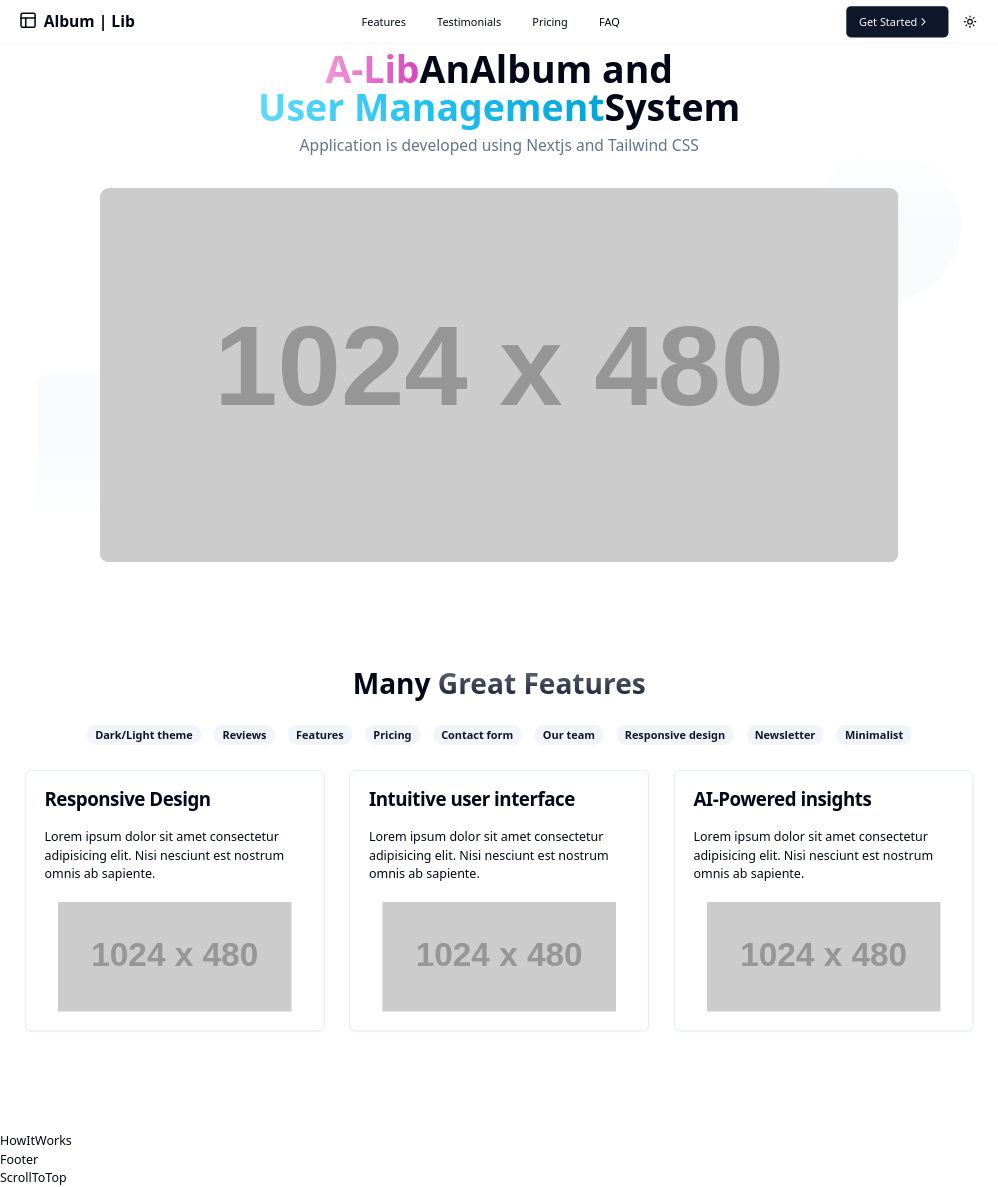
Repository: DevLaukey/savannah-informatics-test
Page: /
An editor plug-in stored every save of this project. The page is shown before and after the next save, followed by the edit.
The browser window is 1280 px wide. The pictures show the whole page, at 78% of full size.
The project was rebuilt for these pictures with package versions that can differ from the ones it lists, and the page was loaded fresh each time. The framework's server and built-in components were replaced by stand-ins that run in the browser. Also part of the build but not shown: next.config.mjs.

Above is the page before, as saved 2024-06-04 22:23:41.

After the next save:
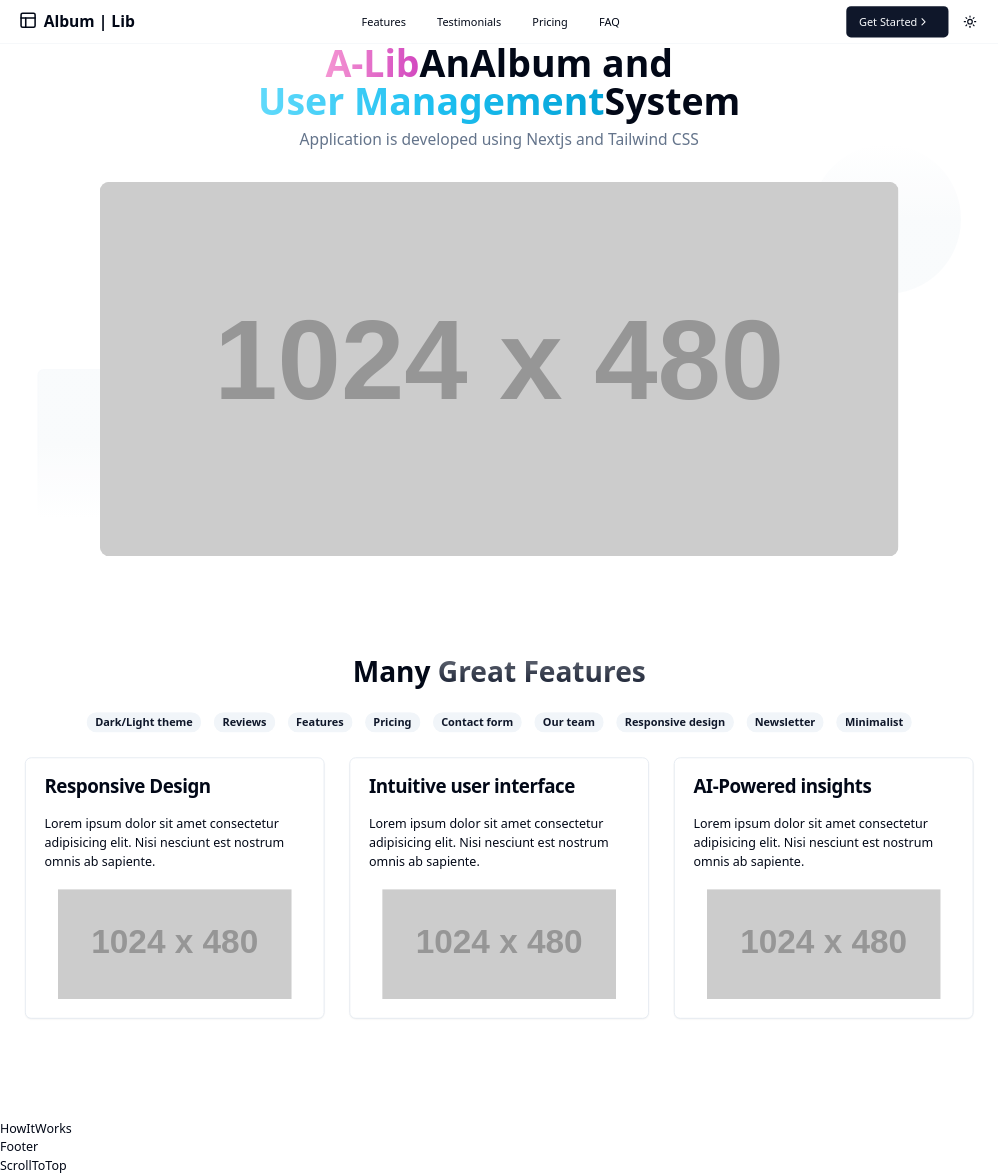
Saved 22 s later.
--- a/components/landing-page/Hero.jsx
+++ b/components/landing-page/Hero.jsx
@@ -2,7 +2,7 @@ const Hero = () => {
   return (
     <>
       {/* Hero */}
-      <div className="relative overflow-hidden py-2 ">
+      <div className="relative overflow-hidden ">
         <div className="container">
           <div className="max-w-2xl text-center mx-auto">
             <main className="text-3xl md:text-5xl font-bold">
